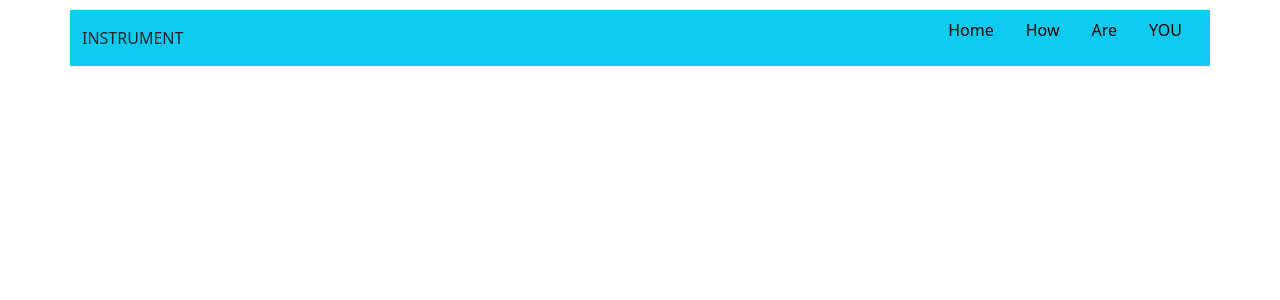
Repository: MazenAhmed0/INST_WebApp
Page: index.html
These files come from the project's save history. The page is drawn as it stood at one moment and after a run of saves; the edit follows.
The browser window is 1280 px wide. The pictures show the whole page.

Above is the page before, as saved 2024-12-30 17:40:12.

After the next 2 saves:
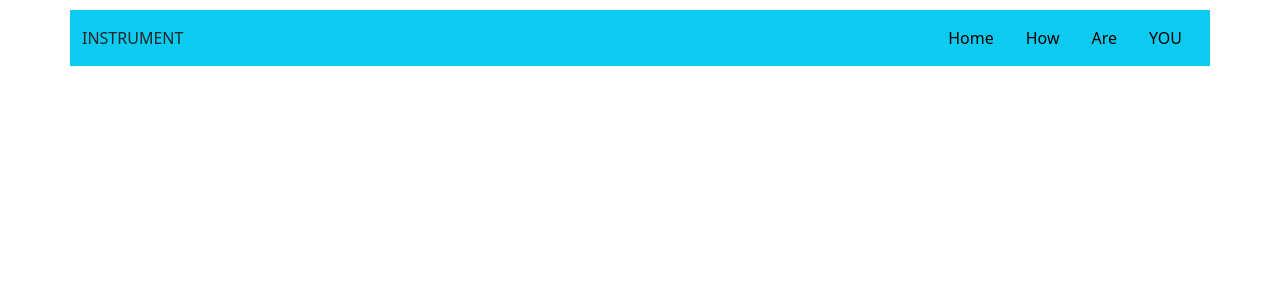
The 2 saves are shown as one change because they came seconds apart.
The last was saved 7 s later.
--- a/index.html
+++ b/index.html
@@ -12,7 +12,7 @@
         <div class="container d-flex justify-content-between align-items-center bg-info">
             <a class="navbar-brand">INSTRUMENT</a>
             <div class="nav">
-                <ul class="d-flex justify-content-between">
+                <ul class="d-flex justify-content-between my-2">
                     <li class="nav-link"><a href="#">Home</a></li>
                     <li class="nav-link"><a href="#">How</a></li>
                     <li class="nav-link"><a href="#">Are</a></li>
